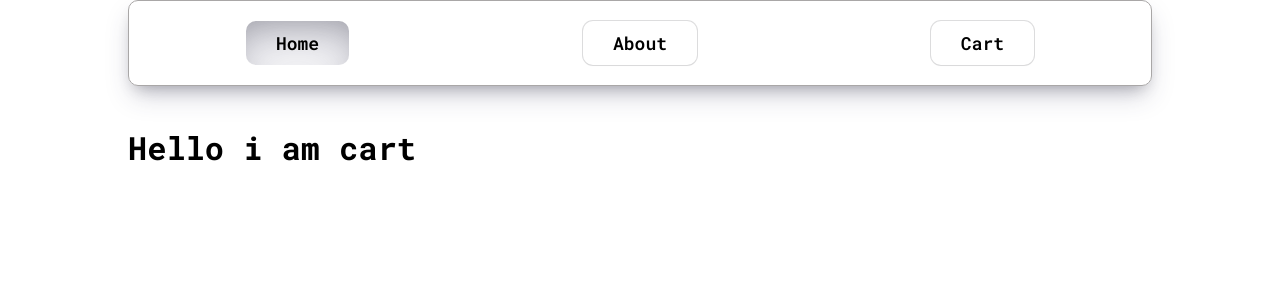
Repository: tuankiet10920/vuejs
Page: /cart
An editor plug-in stored every save of this project. The page is shown before and after a run of saves, followed by the edit.
The browser window is 1280 px wide. The pictures show the whole page.
The pointer rests on the first visible `.header ul li`.
The project was rebuilt for these pictures with package versions that can differ from the ones it lists, and the page was loaded fresh each time. Also part of the build but not shown: vite.config.js.

Above is the page before, as saved 2024-08-24 11:36:55.

### index.html
<!DOCTYPE html>
<html lang="en">

<head>
  <meta charset="UTF-8">
  <link rel="icon" href="/favicon.ico">
  <meta name="viewport" content="width=device-width, initial-scale=1.0">
  <title>Vite App</title>
  <link rel="stylesheet"
    href="https://fonts.googleapis.com/css2?family=Material+Symbols+Outlined:opsz,wght,FILL,GRAD@24,400,0,0" />
  <link rel="preconnect" href="https://fonts.googleapis.com">
  <link rel="preconnect" href="https://fonts.gstatic.com" crossorigin>
  <link href="https://fonts.googleapis.com/css2?family=Roboto+Mono:ital,wght@0,100..700;1,100..700&display=swap"
    rel="stylesheet">
  <style>
    * {
      margin: 0;
      padding: 0;
      box-sizing: border-box;
      list-style: none;
      text-decoration: none;
      font-family: "Roboto Mono", monospace;
      font-style: normal;
    }

    body {
      width: 100%;
      display: flex;
      justify-content: center;
    }

    #app {
      width: 80%;
    }
  </style>
</head>

<body>
  <div id="app"></div>
  <script type="module" src="/src/main.js"></script>
</body>

</html>

### src/main.js
import { createApp } from 'vue'
import App from './App.vue'
import router from './router'
import lsProduct from '../public/data/lsProduct.json';

if(!localStorage.getItem('lsProduct')){
    localStorage.setItem('lsProduct', JSON.stringify(lsProduct));
}
if(!localStorage.getItem('cart')){
    let cart = [];
    localStorage.setItem('cart', JSON.stringify(cart));
}
const app = createApp(App)

app.use(router)

app.mount('#app')

### src/App.vue
<template>

  <!-- header -->
  <Header />
  <RouterView />

</template>
<script>
import { RouterLink, RouterView } from 'vue-router'
import Header from './components/header.vue'
export default {
  components: {
    Header
  }
}

</script>

### src/router/index.js
import { createRouter, createWebHistory } from 'vue-router'

const router = createRouter({
  history: createWebHistory(import.meta.env.BASE_URL),
  routes: [
    {
      path: '/',
      name: 'home',
      component: () => import('../views/HomeView.vue')
    },
    {
      path: '/about',
      name: 'about',
      component: () => import('../views/AboutView.vue')
    },
    {
      path: '/cart',
      name: 'cart',
      component: () => import('../views/CartView.vue')
    }
  ]
})

export default router

### public/data/lsProduct.json
[
    {
        "id" : 1,
        "name" : "Donna Born In Roma",
        "price" : 1000000,
        "image" : "product-1.webp"
    },
    {
        "id" : 2,
        "name" : "Frangipani Flower Cologne",
        "price" : 2000000,
        "image" : "product-2.webp"
    },
    {
        "id" : 3,
        "name" : "Glossier You Eau",
        "price" : 3000000,
        "image" : "product-3.webp"
    },
    {
        "id" : 4,
        "name" : "Mini Cheirosa",
        "price" : 4000000,
        "image" : "product-4.webp"
    }
]

### src/components/header.vue
<template>
    <div class="header">
        <ul>
            <li>
                <RouterLink to="/">Home</RouterLink>
            </li>
            <li>
                <RouterLink to="/about">About</RouterLink>
            </li>
            <li>
                <RouterLink to="/cart">Cart</RouterLink>
            </li>
        </ul>
    </div>
</template>

<script>
export default {

}
</script>

<style>
.header {
    width: 100%;
    padding: 20px 0px;
    border: 1px solid #a9a7a7;
    border-radius: 10px;
    box-shadow: rgba(50, 50, 93, 0.25) 0px 13px 27px -5px, rgba(0, 0, 0, 0.3) 0px 8px 16px -8px;
    margin-bottom: 40px;
}

.header ul {
    display: flex;
    justify-content: space-around;
    width: 100%;
}

.header ul li {
    box-shadow: rgba(0, 0, 0, 0.02) 0px 1px 3px 0px, rgba(27, 31, 35, 0.15) 0px 0px 0px 1px;
    padding: 10px 30px;
    border-radius: 10px;
    transition: all .3s ease-in-out;
}

.header ul li a {
    color: #000;
    font-size: 18px;
    font-weight: 600;
}

.header ul li:hover {
    box-shadow: rgba(50, 50, 93, 0.25) 0px 30px 60px -12px inset, rgba(0, 0, 0, 0.3) 0px 18px 36px -18px inset;
}
</style>

### src/views/CartView.vue
<template>
  <div>
    <h1>Hello i am cart</h1>
  </div>
</template>

After the next 2 saves:
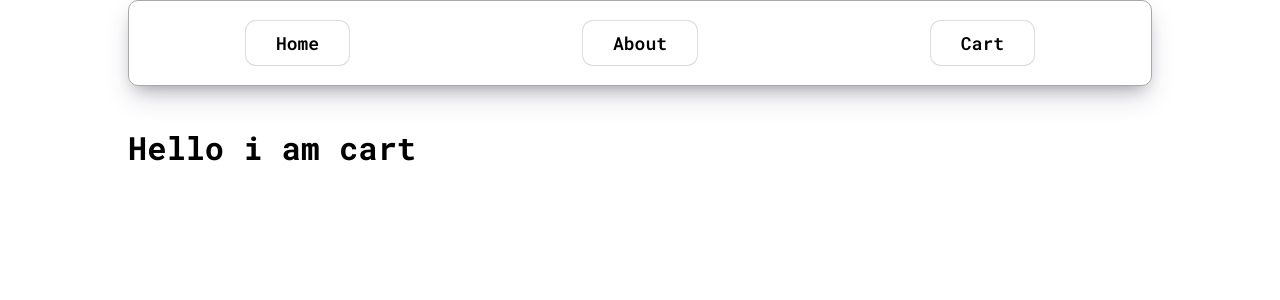
The 2 saves are shown as one change because they came seconds apart.
The last was saved 22 s later.
--- a/src/components/header.vue
+++ b/src/components/header.vue
@@ -50,6 +50,7 @@
 }
 
 .header ul li:hover {
-    box-shadow: rgba(50, 50, 93, 0.25) 0px 30px 60px -12px inset, rgba(0, 0, 0, 0.3) 0px 18px 36px -18px inset;
+    /* box-shadow: rgba(50, 50, 93, 0.25) 0px 30px 60px -12px inset, rgba(0, 0, 0, 0.3) 0px 18px 36px -18px inset; */
+    background: rgba(50, 50, 93, 0.25) 0px 30px 60px -12px inset, rgba(0, 0, 0, 0.3) 0px 18px 36px -18px inset;
 }
 </style>

After the save that followed:
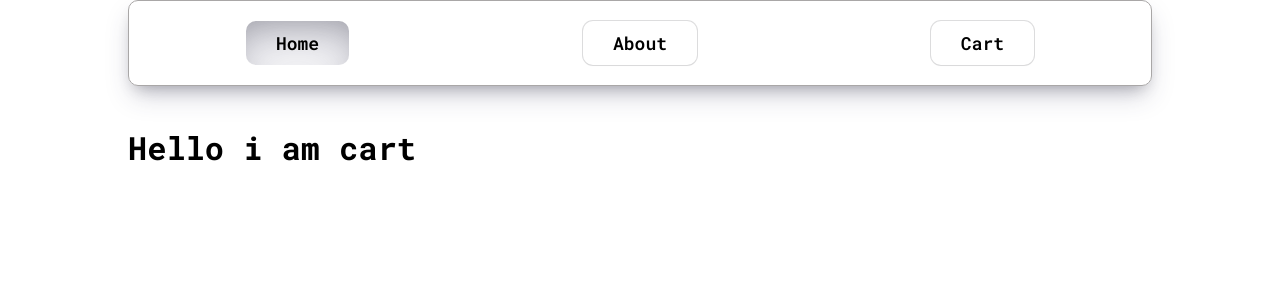
Saved 9 s later.
--- a/src/components/header.vue
+++ b/src/components/header.vue
@@ -50,7 +50,6 @@
 }
 
 .header ul li:hover {
-    /* box-shadow: rgba(50, 50, 93, 0.25) 0px 30px 60px -12px inset, rgba(0, 0, 0, 0.3) 0px 18px 36px -18px inset; */
-    background: rgba(50, 50, 93, 0.25) 0px 30px 60px -12px inset, rgba(0, 0, 0, 0.3) 0px 18px 36px -18px inset;
+    box-shadow: rgba(50, 50, 93, 0.25) 0px 30px 60px -12px inset, rgba(0, 0, 0, 0.3) 0px 18px 36px -18px inset;
 }
 </style>
